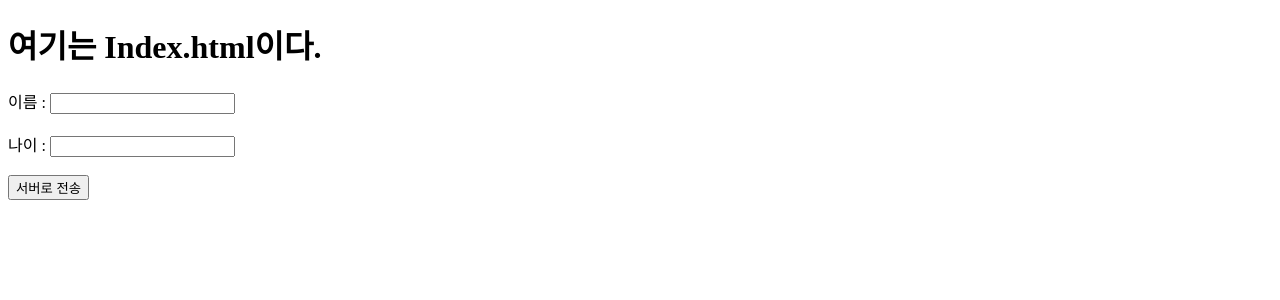
Repository: kong980/EclipseWork
Page: ServletTest3/src/main/webapp/Index.html
The author's editor kept a copy of each file at every save. The page is drawn from the files as they stood at one save, then again after the next save.
The browser window is 1280 px wide. The pictures show the whole page.

Above is the page before, as saved 2023-09-14 03:54:53.

After the next save:
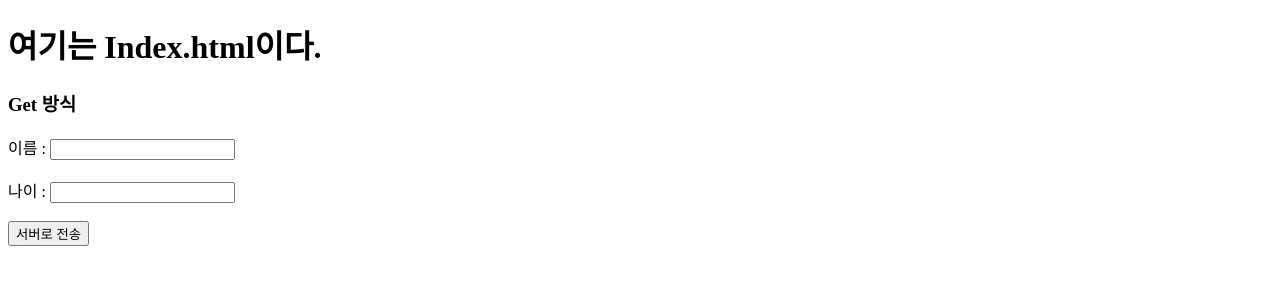
Saved 5 min 31 s later.
--- a/ServletTest3/src/main/webapp/Index.html
+++ b/ServletTest3/src/main/webapp/Index.html
@@ -32,6 +32,8 @@
 	-->
 
 	<h1>여기는 Index.html이다.</h1>
+
+	<h3>Get 방식</h3>
 	<form action="/ServletTest3/test1">
 	이름 : <input type="text" name="name"><br><br>
 	나이 : <input type="number" name="age"><br><br>
